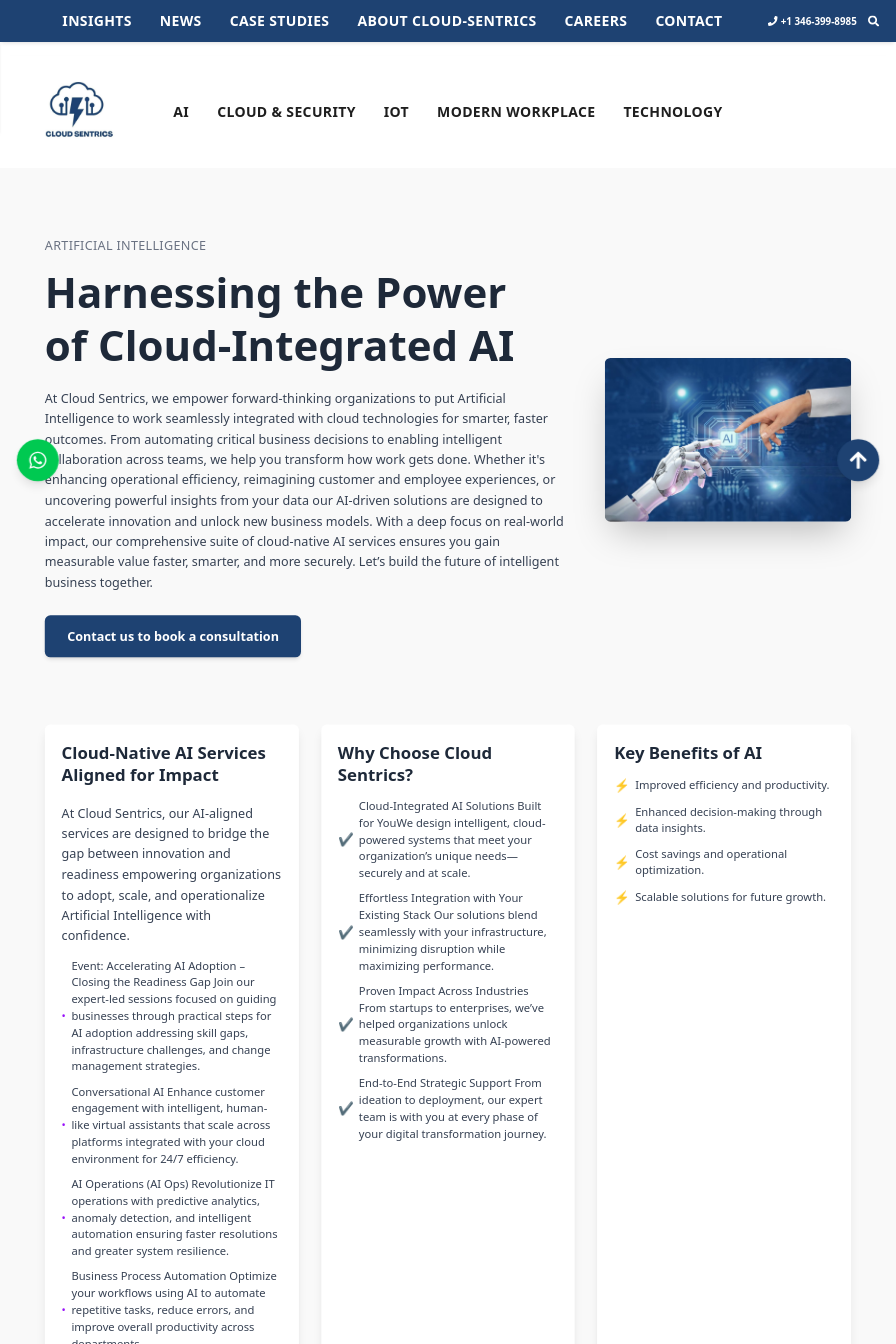
Repository: chykesure/cloudsentrics_
Page: /ai
The author's editor kept a copy of each file at every save. The page is drawn from the files as they stood at one save, then again after a run of saves.
The browser window is 1280 px wide. The pictures show the part of the page from y = 0 to 1920 px (the page is 4520 px tall), at 70% of full size.
The page's requests for data from a server got no answer. The project was rebuilt for these pictures with package versions that can differ from the ones it lists, and the page was loaded fresh each time. No one was signed in, and anything a server would have sent is missing. Also part of the build but not shown: vite.config.js, src/pages/Header.jsx, src/pages/Footer.jsx, src/pages/students/Reviews.jsx, src/pages/students/Testimony.jsx, src/pages/students/TestimonyLanding.jsx, src/pages/LandingPage.jsx, src/pages/students/Header.jsx and 41 more.

Above is the page before, as saved 2025-04-09 20:20:26.

After the next 2 saves:
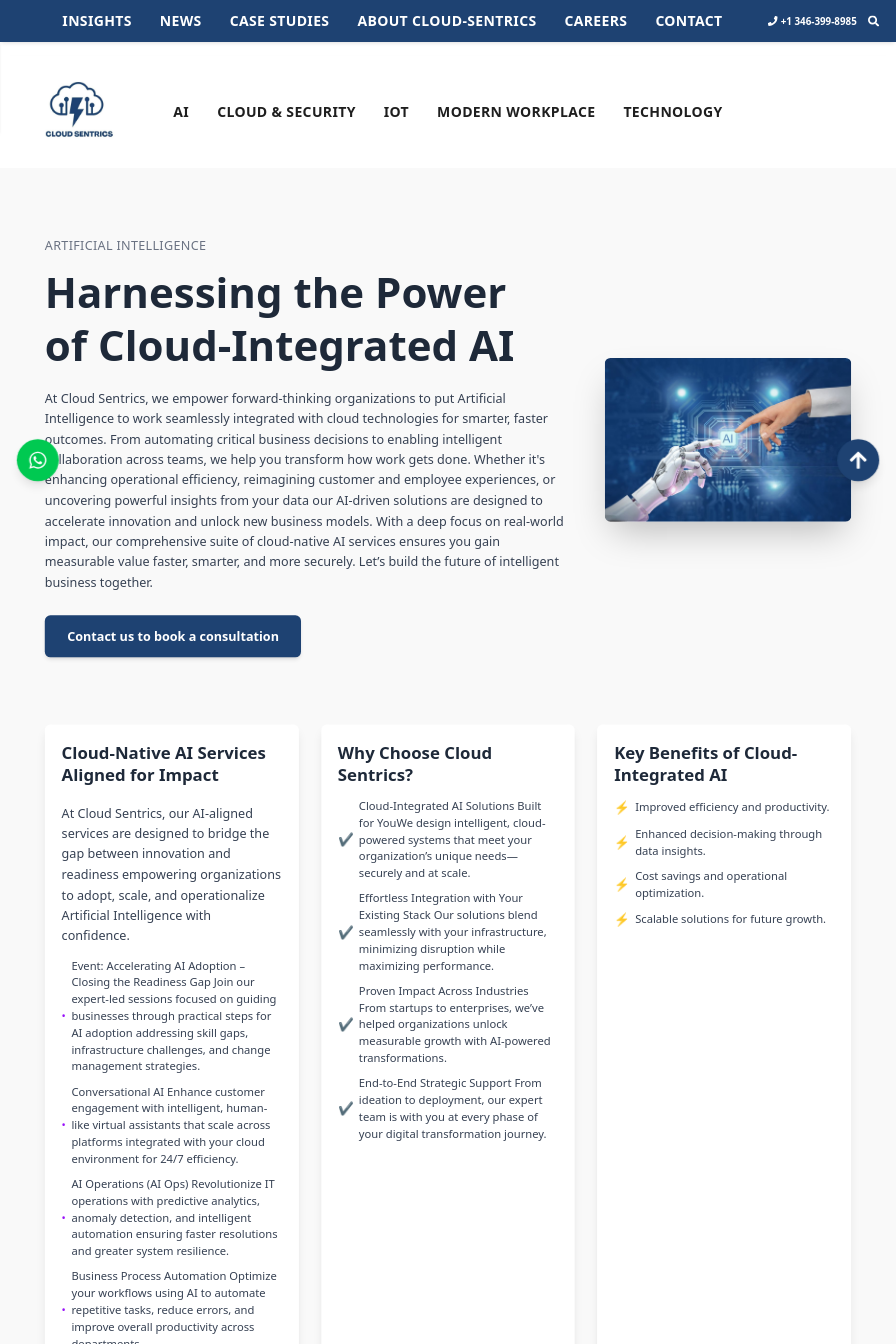
The 2 saves are shown as one change because they came seconds apart.
The last was saved 40 s later.
--- a/src/pages/partners/menu/ai.jsx
+++ b/src/pages/partners/menu/ai.jsx
@@ -152,7 +152,7 @@
 
                         {/* Key Benefits of AI */}
                         <div className="bg-white p-6 rounded-lg shadow-lg border-gray-200 hover:scale-105 hover:shadow-xl flex-shrink-0 w-full">
-                            <h4 className="text-2xl font-semibold text-gray-800">Key Benefits of AI</h4>
+                            <h4 className="text-2xl font-semibold text-gray-800">Key Benefits of Cloud-Integrated AI                            </h4>
                             <ul className="mt-4 space-y-3 text-gray-700">
                                 {[
                                     "Improved efficiency and productivity.",
